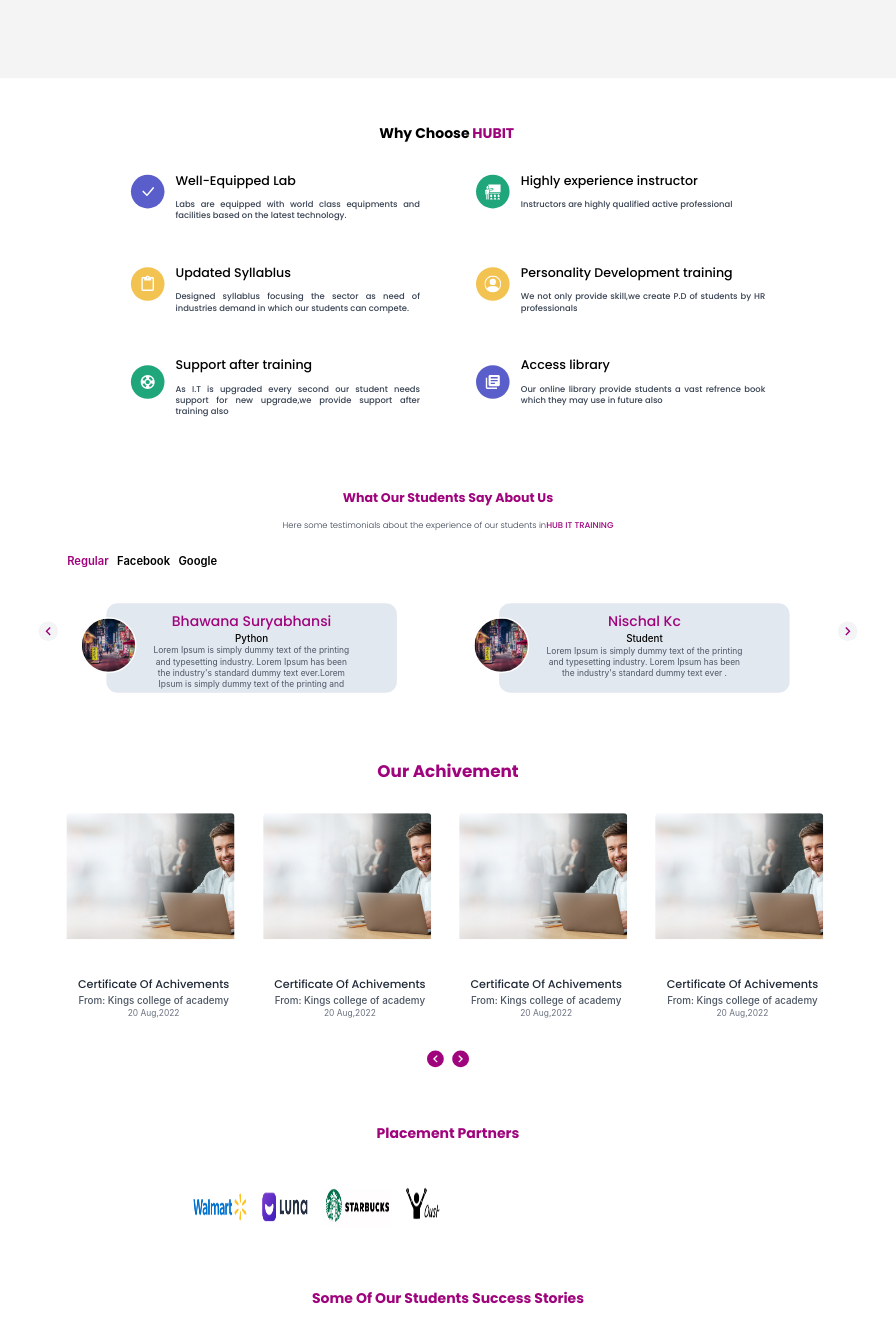
Repository: praveenmunagapati/hgllearnv2
Page: /HomePage
These files come from the project's save history. The page is drawn as it stood at one moment and after the next save; the edit follows.
The browser window is 1280 px wide. The pictures show the part of the page from y = 1974 to 3894 px (the page is 5006 px tall before and 5014 px after), at 70% of full size.
The page's requests for data from a server got no answer. The project was rebuilt for these pictures with package versions that can differ from the ones it lists, and the page was loaded fresh each time. The framework's server and built-in components were replaced by stand-ins that run in the browser. No one was signed in, and anything a server would have sent is missing. Also part of the build but not shown: next.config.js, components/PageComponent/HomePage/Companymoto/Moto.jsx.

Above is the page before, as saved 2023-02-19 16:27:35.

### pages/_app.js
import Analytics from "../components/SEO/Seo";
import "../styles/globals.css";
import "../styles/SCSS/master.scss";

function MyApp({ Component, pageProps }) {
  return <div>
    <Analytics />
    <Component {...pageProps} />
  </div>
}

export default MyApp;

### styles/globals.css
html,
body {
  padding: 0;
  margin: 0;
  font-family: -apple-system, BlinkMacSystemFont, Segoe UI, Roboto, Oxygen,
    Ubuntu, Cantarell, Fira Sans, Droid Sans, Helvetica Neue, sans-serif;
    scroll-behavior: smooth;
    box-sizing: border-box;
}

a {
  color: inherit;
  text-decoration: none;
}

* {
  box-sizing: border-box;
}

.info::-webkit-scrollbar{
  display: none;

}
.info{
  width: 20vw;

}
@tailwind base;
@tailwind components;
@tailwind utilities;

### styles/SCSS/master.scss
@import "./utils.scss";

### components/PageComponent/HomePage/WhyHub/whyHub.js
import { BsCheckLg , BsPersonCircle } from "react-icons/bs";
import { MdOutlineSupport, MdLibraryBooks, MdOutlineContentPaste } from "react-icons/md";
import { GiTeacher } from "react-icons/gi";
const WhyHub = () => {
  let data = [
    {

      icon: <BsCheckLg />,
      title: "Well-Equipped Lab",
      color:"#5A5ECA",
      description:
        "Labs are equipped with world class equipments and facilities based on the latest technology.",
    },
    {
      icon: <GiTeacher />,
      title: "Highly experience instructor",
      color:"#1FA67A",
      description:
        "Instructors are highly qualified active professional",
    },
    {
      icon: <MdOutlineContentPaste />,
      color:"#F2C351",
      title: "Updated Syllablus",
      description:
        "Designed syllablus focusing the sector as need of industries demand in which our students can compete.",
    },
    {
      icon: <BsPersonCircle/>,
      color:"#F2C351",
      title: "Personality Development training",
      description: "We not only provide skill,we create P.D of students by HR professionals",
    },
    {
      icon: <MdOutlineSupport />,
      color:"#1FA67A",
      title: "Support after training",
      description:
        "As I.T is upgraded every second our student needs support for new upgrade,we provide support after training also",
    },
    {
      icon: <MdLibraryBooks />,
      color:"#5A5ECA",
      title: "Access library",
      description:
        "Our online library provide students a vast refrence book which they may use in future also",
    },
  ];

  return (
    <div className="px-4 md:px-8 lg:px-20 xl:px-24 xxl:px-32 w-full h-max my-16 Poppins">
      <div className="flex flex-col lg:flex-col xl:flex-col xxl:flex-col w-full h-max gap-7 items-center justify-center">
        <div className="flex justify-center  w-full lg:w-2/6 xl:w-2/6 xxl:w-2/6 ">
          <div className="w-max text-lg xl:text-xl xxl:text-2xl capitalize Poppins font-bold">
            Why Choose
            <span className="w-max p-1 text-[#a0047d] text-lg xl:text-xl xxl:text-2xl capitalize Poppins font-bold text-justify ">
             HUBIT
          </span>
          </div>

        </div>
        <div className="grid grid-cols-2 md:grid-cols-2 xs:grid-cols-1 lg:grid-cols-3 xl:grid-cols-2 xxl:grid-cols-3 gap-x-20 gap-y-12 w-full lg:w-4/6 xl:w-5/6 xxl:w-4/6">
          {data.map((item,i) => {
            return (
              <div key={i}>
                <div className="flex h-full gap-4 flex-row items-center ">
                  <div className={`p-3 text-white  rounded-full text-2xl xxl:text-lg`} style={{
                    background:item.color
                  }}>
                    {item.icon}
                  </div>
                  <div className="h-full w-full flex flex-col ">
                  <div className=" xl:text-sm xxl:text-base w-full h-fit">
                    <h1 className=" text-lg font-medium">{item.title}</h1>
                  </div>
                  <div className="w-full h-full text-justify text-xs xl:text-xs  xxl:text-base text-gray-700">
                    {item.description}
                  </div>
                  </div>
                </div>
              </div>
            );
          })}
        </div>
      </div>
    </div>
  );
};
export default WhyHub;

### pages/HomePage/Home.jsx
import React from "react";
import { AiFillPlayCircle } from "react-icons/ai";
import Icons from "../../components/Navigation/Navitem/iconitem";
import teacher from "../../public/teacher.png";
import Image from "next/image";
import Link from "next/link";

function Home() {
  return (
    <>
      <div
        className="flex flex-col lg:flex-row xl:flex-row xxl:flex-row
          w-full justify-center items-center pb-20 pt-10
        md:px-8 lg:px-20 xl:px-24 xxl:px-32 px-4 bg-[#fafafa]"
      >
        <div className="h-max md:w-3/6 lg:w-3/6 xl:w-3/6 xxl:w-3/ 6 w-full ">
          <div className="flex mb-3">
            {Icons.map((icon, index) => {
              return (
                <div
                  key={index}
                  className="p-1 rounded-full bg-transparent flex justify-center items-center border border-[#A0047D] hover:border-none mr-2"
                >
                  <span className="text-[#A0047D] cursor-pointer hover:scale-90 duration-300 delay-200 transition-all text-base xl:text-lg xxl:text-xl">
                    <Link href={icon.path} passHref>
                      <a target={"_blank"}>{icon.icon}</a>
                    </Link>
                  </span>
                </div>
              );
            })}
          </div>
          <div className="font-bold xl:text-xl xxl:text-2xl text-[#A0047D] mb-1">
            <h1>IT Training Institute in Nepal</h1>
          </div>
          <div className="text-xs xl:text-sm xxl:text-base text-gray-700 pr-6 text-justify">
            <p>
              HUB IT is recognized as one of Nepal’s best global skill
              development and IT training centers. The journey of HUB IT started
              in 2017 with a big dream to bring applied education to the mass
              population at an affordable cost. The main purpose of HUB IT is to
              facilitate, with the best IT-related skills.
            </p>
          </div>
          <div className="flex py-8">
            <button
              className={
                "border-[1.5px] border-[#A0047D] rounded-full mr-6 px-2 text-sm xl:text-base xxl:text-lg text-main hover:scale-105 transition-all ease-in-out duration-300 delay-100 hover:bg-main hover:text-white"
              }
            >
              Explore More...
            </button>
            <div className="">
              <div className="flex gap-1 items-center border-[1.5px] border-main rounded-full py-1 hover:bg-main group">
                <div>
                  <AiFillPlayCircle className="text-3xl text-main ml-1 group-hover:scale-105 transition-all ease-in-out duration-300 delay-100 group-hover:text-white" />
                </div>
                <button className="text-main text-sm xl:text-base xxl:text-lg mr-1 group-hover:scale-105 transition-all ease-in-out duration-300 delay-100 group-hover:text-white">
                  watch now
                </button>
              </div>
            </div>
          </div>
        </div>
        <div className="h-full w-full mt-8  md:mt-4 lg:mt-0 xl:mt-0 mx-auto lg:w-3/6 xl:w-3/6 xxl:w-3/6">
          <div className="relative">
            <div className="ml-[3vw]">
              <Image
                src={teacher}
                alt={"Loading"}
                layout="responsive"
                width={120}
                height={100}
              />
            </div>
            <div className="bg-white shadow-[0px_1px_10px_1px_black] h-max py-3 absolute top-[50%] left-[22%]  w-[200px] ">
              <div className="h-full w-full  relative">
                <div className=" h-full w-full flex flex-col justify-center px-4 ml-3">
                  <div className="text-[12px] font-bold text-[#a0047d] Poppins">
                    Featured Course
                  </div>
                  <div className="text-[10px] font-semibold text-black Poppins">
                    Become a Full Stack Developer with MERN Stack
                  </div>
                </div>
              </div>
            </div>
          </div>
        </div>
      </div>
    </>
  );
}

export default Home;

### components/PageComponent/HomePage/courseStatus.jsx/CourseStatus.jsx
import React,{useState} from 'react'
import {GiOpenBook} from "react-icons/gi"
import {BsArrowRight} from "react-icons/bs"
function CourseStatus() {

  const CourseStatus =[
    {
      color : "#A0047D",
      icon: <GiOpenBook/>,
      counting:"50",
      status:'Running Course',
    },
    {
      color: "#1FA67A",
      icon: <GiOpenBook/>,
      counting:"50",
      status:'Upcomming Course',
    },
    {
      color:"#5A5ECA",
      icon: <GiOpenBook/>,
      counting:"124",
      status:'Total Course',
    },
  ]

  return (
    <div className='w-full flex flex-col items-center px-40 py-10 Poppins'>
      <div className='capitalize flex flex-col items-center h-fit '>
        <div className="p-2 rounded-full bg-main text-white text-2xl ">
          <GiOpenBook/>
        </div>
        <h2>our course status</h2>
      </div>
      <div className="capitalize text-xs font-regular text-gray-600  px-60 text-center leading-6">
        <p>Lorem ipsum dolor sit, amet consectetur adipisicing elit. Quos vitae minima enim inventore cum aut? Sequi deleniti illo neque maxime.</p>
      </div>
      <div className="grid grid-cols-3 gap-16 mt-10  ">
        {
          CourseStatus.map((item,i)=>{
            return(
              <div key={i} className='h-48 grid grid-rows-3  px-10 place-content-center place-items-center text-white rounded-xl' style={{background:item.color}}>
              <div className=' '>
                <h1>{item.icon}</h1>
              </div>
              <div className=" ">
              <h1>{item.counting}</h1>
              </div>
              <div className=" flex items-center gap-2">
              <p>{item.status}</p><BsArrowRight/>
              </div>
              </div>
            )
          })
        }
      </div>
    </div>

  )
}

export default CourseStatus

### components/PageComponent/AboutPage/OurAchivements/OurAchievements.jsx
import React from "react";
import { FaChevronLeft, FaChevronRight } from "react-icons/fa";
import AchivementsCard from "./AchivementsCard";


function OurAchivements() {
  const OurAchivementsCard = [
    {
      image: "/images/hero.jpg",

      name: "certificate of achivements",
      from: "Kings college of academy",
      date: "20 aug,2022",
    },
    {
      image: "/images/hero.jpg",

      name: "certificate of achivements",
      from: "Kings college of academy",
      date: "20 aug,2022",
    },
    {
      image: "/images/hero.jpg",

      name: "certificate of achivements",
      from: "Kings college of academy",
      date: "20 aug,2022",
    },
    {
      image: "/images/hero.jpg",

      name: "certificate of achivements",
      from: "Kings college of academy",
      date: "20 aug,2022",
    },
  ];
  return (
    <div className="flex flex-col px-20 pt-24 w-full ">
      <div className="md:flex lg:flex xl:flex xxl:flex  items-center  w-full  justify-center ">
        <div className="text-2xl  text-main Poppins font-bold capitalize">
          our achivement
        </div>
      </div>
      <div
        className="grid grid-cols-1 place-content-center place-items-center gap-y-8 my-0 mx-auto gap-8 md:grid-cols-2 md:gap-y-8
       lg:gap-y-8 xl:gap-y-0 xxl:gap-y-0 lg:grid-cols-3 xl:grid-cols-4
       xxl:grid-cols-4 pt-11"
      >
        {OurAchivementsCard.map((val, i) => {
          return (
            <div key={i}>
              <AchivementsCard
                image={val.image}
                name={val.name}
                from={val.from}
                date={val.date}
              />
            </div>
          );
        })}
      </div>
      <div className="w-full flex justify-center gap-3 mt-5 md:mt-0 lg:mt-0 xl:mt-0 xxl:mt-0 md:px-11 lg:px-11 xl:px-11 xxl:px-11">
          <div
            className=" p-1.5  flex items-center justify-center  bg-main w-fit rounded-full hover:cursor-pointer"
            // onClick={() => prev()}
          >
            <FaChevronLeft className="w-3 h-3  text-white" />
          </div>
          <div
            // onClick={() => next()}
            className=" p-1.5  flex items-center justify-center  bg-main w-fit rounded-full text-white  hover:cursor-pointer"
          >
            <FaChevronRight className="w-3 h-3  text-white" />
          </div>
        </div>
    </div>
  );
}

export default OurAchivements;

### components/PageComponent/HomePage/SuccessStories/SuccessStories.jsx
import React from "react";
import SuccessStudentCard from "./SuccessStudentCard";
function SuccessStories() {
  const successStudentCard = [
    {
      image: "/images/japan.jpg",
      position: "mid-level web developer",
      placement: "placement at hub it pvt.ltd",
      name: "rasikha gyawali",
      as: "web design",
    },
    {
      image: "/images/japan.jpg",
      position: "mid-level web developer",
      placement: "placement at hub it pvt.ltd",
      name: "rasikha gyawali",
      as: "web design",
    },
    {
      image: "/images/japan.jpg",
      position: "mid-level web developer",
      placement: "placement at hub it pvt.ltd",
      name: "rasikha gyawali",
      as: "web design",
    },
    {
      image: "/images/japan.jpg",
      position: "mid-level web developer",
      placement: "placement at hub it pvt.ltd",
      name: "rasikha gyawali",
      as: "web design",
    },
    {
      image: "/images/japan.jpg",
      position: "mid-level web developer",
      placement: "placement at hub it pvt.ltd",
      name: "rasikha gyawali",
      as: "web design",
    },
  ];
  return (
    <div className=" mt-16 lg:mt-16 xl:mt-16 xxl:my-16  px-24 lg:mb-14 xl:mb-14 xxl:mb-14">
      <div className="md:text-2xl lg:text-2xl xl:text-2xl xxl:text-2xl text-center  text-main Poppins">
        <h2 className="text-xl font-bold capitalize">
          some of our students success stories
        </h2>
      </div>
      <div
        className="grid grid-cols-1 gap-y-8 place-content-center place-items-center  md:grid-cols-2 md:gap-y-8
       lg:gap-y-8 xl:gap-y-0 xl:gap-x-28 xxl:gap-y-0 lg:grid-cols-3 xl:grid-cols-5
       xxl:grid-cols-5 pt-16"
      >
        {successStudentCard.map((val, i) => {
          return (
            <div key={i}>
              <SuccessStudentCard
                image={val.image}
                position={val.position}
                placement={val.placement}
                name={val.name}
                as={val.as}
              />
            </div>
          );
        })}
      </div>
    </div>
  );
}

export default SuccessStories;

### components/PageComponent/HomePage/FindUsOn/finUsOn.jsx
import Link from "next/link";
import Data from "../../../Navigation/Navitem/findusicon";

const FindUsOn = () => {
  return (
    <div className="px-4 md:px-8 lg:px-20 xl:px-24 xxl:px-32 mt-16 flex flex-col items-center ">
      <div className="w-max text-[#a0047d] xl:text-xl xxl:text-2xl capitalize Poppins font-bold my-10">
        <h2>Find Us On</h2>
      </div>
      <div className="  grid  grid-cols-3 lg:grid-cols-6 xl:grid-cols-6 xxl:grid-cols-6  gap-10 flex-wrap justify-around my-6 w-full">
        {Data.map((item, index) => {
          return (
            <div
              key={index}
              className="flex flex-col items-center w-max shadow-[0px_0px_2px_0px_gray] px-5
              rounded-md py-2 xxl:px-6 cursor-pointer  hover:scale-105 transition-all
              hover:shadow-[0px_0px_2px_0px_blue]  duration-200"
            >
              <div className="text-4xl xl:text-5xl xxl:text-6xl">
                <Link href={item.path} passHref>
                  <a target={"_blank"}>{item.icon}</a>
                </Link>
              </div>
              <div className="text-base xl:text-lg xxl:text-xl Poppins">
                500
              </div>
              <div className="text-xs xl:text-sm xxl:text-base text-gray-500 capitalize">
                followers
              </div>
            </div>
          );
        })}
      </div>
    </div>
  );
};
export default FindUsOn;

### components/PageComponent/AboutPage/What ClientsSays/TabComponents/Regular.jsx
import React from "react";
import { MdKeyboardArrowLeft, MdKeyboardArrowRight } from "react-icons/md";
import Image from "next/image";

function Regular({ clientDetails, StartValue, EndValue, prev, next }) {
  return (
    <div>
      <div className="flex justify-center  items-center px-8">
        <div
          className=" bg-gray-100 p-0.5 rounded-full text-main cursor-pointer"
          onClick={() => prev(clientDetails)}
        >
          <MdKeyboardArrowLeft className="w-6 h-6" />
        </div>
        <div className="w-11/12 h-11/12 md:h-[20vh] lg:h-[20vh] xl:w-11/12 xxl:w-11/12">
          <div
            className="grid gap-2 text-center md:grid-cols-1
         lg:grid-cols-2 xl:grid-cols-2 xxl:grid-cols-2  pt-12"
          >
            {clientDetails?.slice(StartValue, EndValue)?.map((val, i) => {
              return (
                <div key={i} className="flex w-full relative">
                  <div
                    className="w-20 h-20 absolute left-8 top-5 border-2 lg:w-12 xl:w-20 xxl:w-20
                 border-white rounded-full "
                  >
                    <Image
                      src={val.image}
                      height={70}
                      width={70}
                      alt="Loading ..."
                      layout="responsive"
                      objectFit={"cover"}
                      className="rounded-full "
                    />
                  </div>
                  {/* testing lai height fit rakhya chu hai */}
                  <div className="  h-32 w-9/12 mx-auto rounded-2xl px-16 py-3 text-center bg-slate-200 ">
                    <div className="text-main Poppins font-medium capitalize text-sm md:text-sm lg:text-xl xl:text-xl xxl:text-xl">
                      {val.name}
                    </div>
                    <div className="text-sm my-.5 font-medium capitalize">
                      {val.title}
                    </div>
                    <div className="text-xs h-16 text-gray-600 pb-4 w-full overflow-scroll info ">
                      {val.description}
                    </div>
                  </div>
                </div>
              );
            })}
          </div>
        </div>
        <div
          className=" bg-gray-100 p-0.5 rounded-full text-main cursor-pointer"
          onClick={() => next(clientDetails)}
        >
          <MdKeyboardArrowRight className="w-6 h-6" />
        </div>
      </div>
    </div>
  );
}

export default Regular;

### components/PageComponent/AboutPage/OurAchivements/AchivementsCard.jsx
import React from "react";
import Image from "next/image";

function AchivementsCard({ image, name, from, date }) {
  return (
    <div
      className="
    transition-all cursor-pointer duration-300 ease-linear  w-fit
      pb-5 rounded-lg"
    >
      <div className="w-60 h-52 ">
        <Image
          src={image}
          height={45}
          width={60}
          alt="Loading ..."
          layout="responsive"
          objectFit="cover"
          placeholder="blur"
          blurDataURL={image}
          className="borderRadiusTop  "
        />
      </div>
      <div className=" px-4  flex flex-col items-center justify-center my-6  ">
        <div className="Poppins capitalize font-medium text-gray-800 text-[16px]">
          {name}
        </div>
        <div className="text-gray-600 font-medium text-[14px]">
          From: {from}
        </div>
        <div className="text-gray-500 font-regular capitalize text-[12px]">
          {date}
        </div>
      </div>
    </div>
  );
}

export default AchivementsCard;

### components/PageComponent/HomePage/SuccessStories/SuccessStudentCard.jsx
import React from "react";
import Image from "next/image";

function SuccessStudentCard({ image, placement, as, name, position }) {
  return (
    <div
      className="shadow-xl shadow-gray-400 hover:scale-105 transition-all
    cursor-pointer duration-300 ease-linear  w-fit   capitalize pb-5 rounded-md"
    >
      <div className="w-56">
        <Image
          src={image}
          height={85}
          width={100}
          alt="Loading ..."
          layout="responsive"
          objectFit="cover"
          placeholder="blur"
          blurDataURL={image}
          className="borderRadiusTop"
        />
      </div>
      <div className="px-2 relative ">
        <div
          className="text-white text-[10px] bg-[#0468A0] capitalize  absolute  -top-3
        rounded-sm px-1 py-1 w-fit"
        >
          {position}
        </div>
        <div className=" Poppins text-sm capitalize  pt-6">{placement}</div>
        <div className=" w-full h-0.5 bg-gray-100 my-3"></div>

        <div className=" Poppins text-[11px] flex justify-between">
          <div className="text-gray-600">{name}</div>
          <div className="text-main">{as}</div>
        </div>
      </div>
    </div>
  );
}

export default SuccessStudentCard;

Loaded but not shown: components/PageComponent/HomePage/PlacementPartners/placementPartners.js (43 lines, source omitted); tailwind.config.js (45 lines, source omitted); components/Navigation/Navitem/findusicon.js (17 lines, source omitted); components/SEO/Seo.js (25 lines, source omitted); components/Navigation/Navitem/iconitem.js (13 lines, source omitted); components/PageComponent/HomePage/PopularCourses/PopularCourses.jsx (402 lines, source omitted); styles/SCSS/utils.scss (460 lines, source omitted); components/PageComponent/AboutPage/What ClientsSays/WhatClientsSays.jsx (204 lines, source omitted); pages/HomePage/index.jsx (130 lines, source omitted); components/PageComponent/HomePage/LetsCallSection/CallSection.jsx (133 lines, source omitted); components/PageComponent/HomePage/WelcomePortal/WelcomePortal.jsx (110 lines, source omitted)

After the next save:
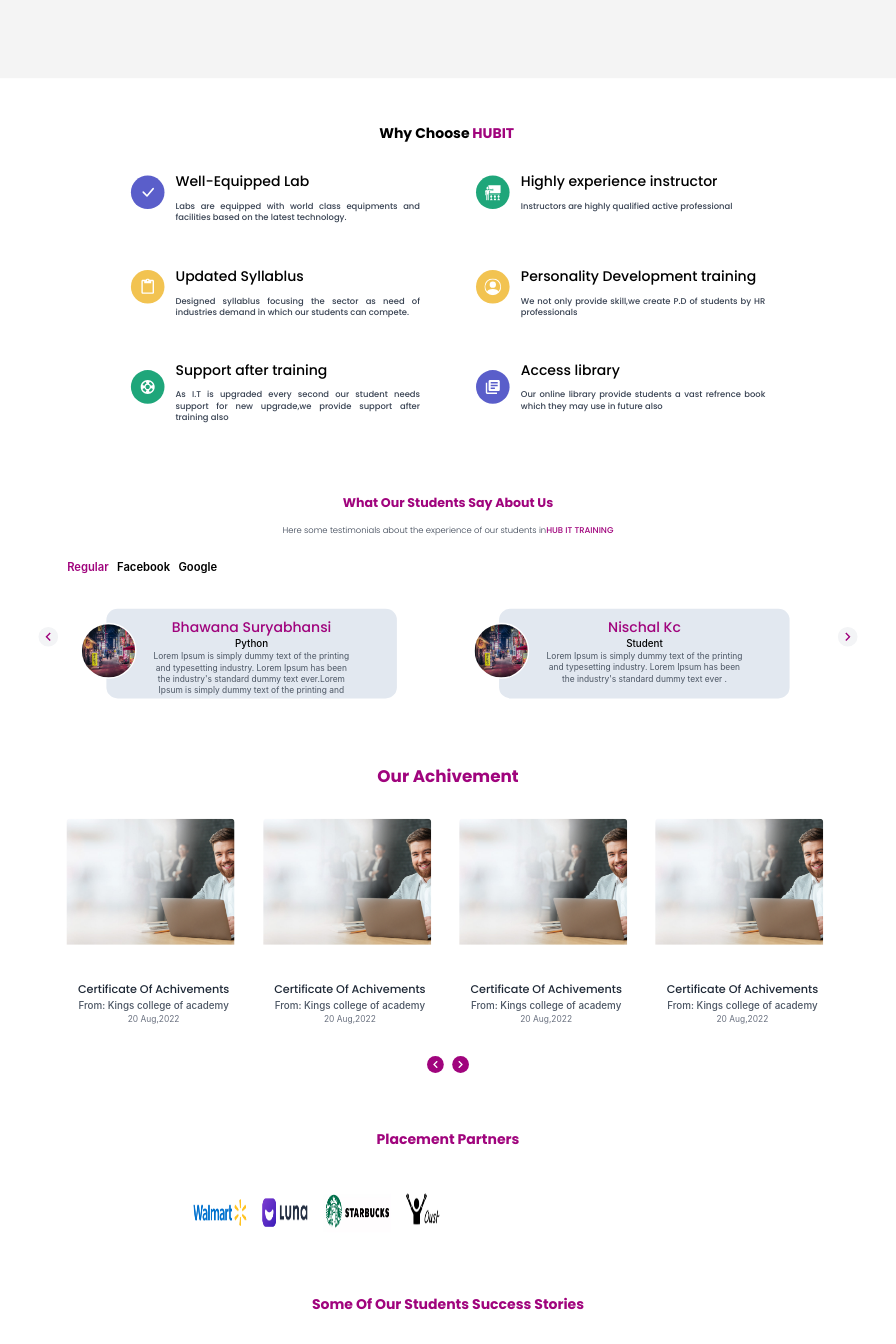
Saved 3 min 40 s later.
--- a/components/PageComponent/HomePage/WhyHub/whyHub.js
+++ b/components/PageComponent/HomePage/WhyHub/whyHub.js
@@ -63,7 +63,7 @@
           {data.map((item,i) => {
             return (
               <div key={i}>
-                <div className="flex h-full gap-4 flex-row items-center ">
+                <div className="flex h-full gap-4 items-center ">
                   <div className={`p-3 text-white  rounded-full text-2xl xxl:text-lg`} style={{
                     background:item.color
                   }}>
@@ -71,7 +71,7 @@
                   </div>
                   <div className="h-full w-full flex flex-col ">
                   <div className=" xl:text-sm xxl:text-base w-full h-fit">
-                    <h1 className=" text-lg font-medium">{item.title}</h1>
+                    <h1 className=" text-xl font-medium">{item.title}</h1>
                   </div>
                   <div className="w-full h-full text-justify text-xs xl:text-xs  xxl:text-base text-gray-700">
                     {item.description}
